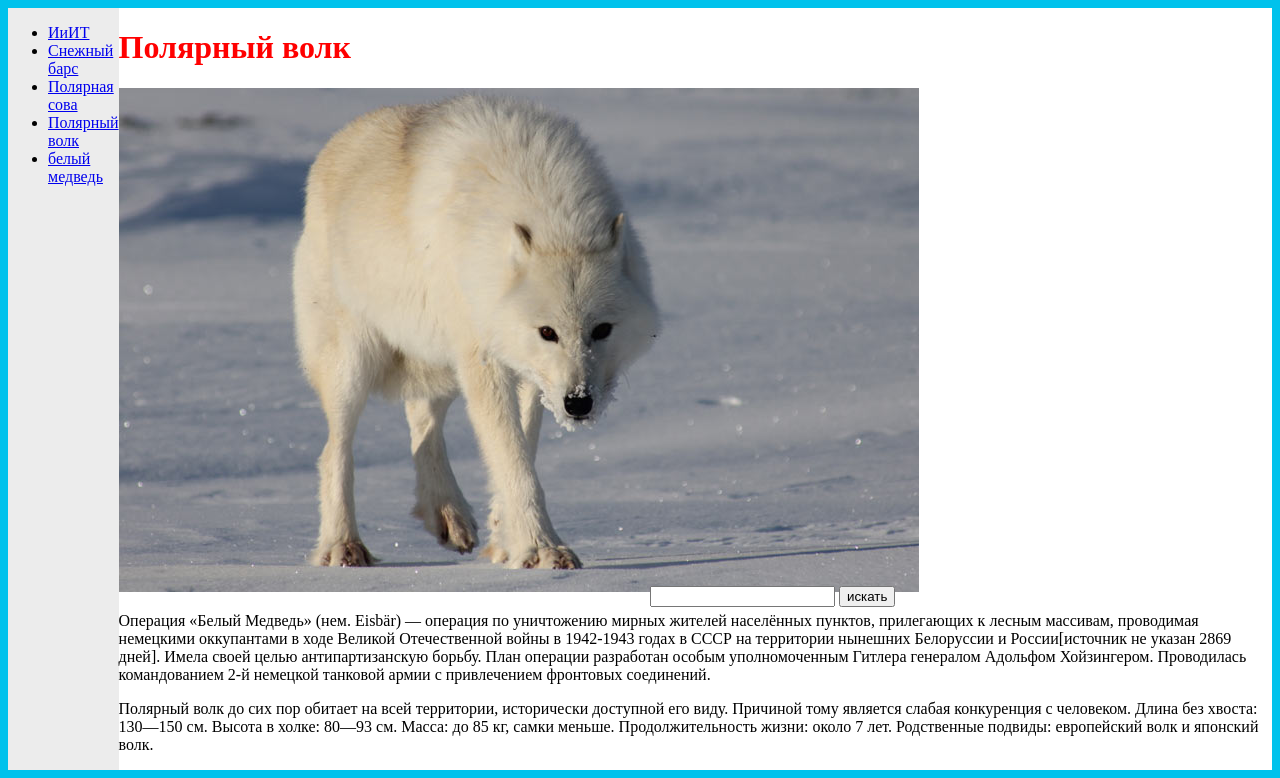
Repository: polinamalysheva/polina.github.io
Page: week11/5.html
The author's editor kept a record of every edit. The page is drawn from the files as they stood at one moment, then again after the next edit.
The browser window is 1280 px wide. The pictures show the whole page.

Above is the page before.

### week11/5.html
<!DOCTYPE html>
<html>
 <head>
   <meta charset="utf-8">
        <title>ИиИТ</title>
        <link href="style.css" rel="stylesheet">
 </head>
 <body>
     <div id="flex">
         <nav>
                <ul>
                    <li><a href="index.html">ИиИТ</a></li>
                    <li><a href="2.html">Снежный барс </a></li>
                    <li><a href="3.html">Полярная сова </a></li>
                    <li><a href="4.html">Полярный волк </a></li>
                    <li><a href="5.html">белый медведь </a></li>
                </ul>
            </nav>
     <main>
  <h1>Полярный волк</h1>
  <img src="polyarnyj-volk-1.jpg">
  <p>
   Операция «Белый Медведь» (нем. Eisbär) — операция по уничтожению мирных жителей населённых пунктов, прилегающих к лесным массивам,
   проводимая немецкими оккупантами в ходе Великой Отечественной войны в 1942-1943 годах в СССР на территории нынешних Белоруссии и России[источник не указан 2869 дней].
   Имела своей целью антипартизанскую борьбу. План операции разработан особым уполномоченным Гитлера генералом Адольфом Хойзингером. Проводилась командованием 2-й немецкой
   танковой армии с привлечением фронтовых соединений.</p>
  <p>
   Полярный волк до сих пор обитает на всей территории, исторически доступной его виду. Причиной тому является слабая конкуренция с человеком.
   Длина без хвоста: 130—150 см. Высота в холке: 80—93 см. Масса: до 85 кг, самки меньше. Продолжительность жизни: около 7 лет. Родственные подвиды: европейский волк и японский волк.</p>
     </main>
    </div>
    <div id="google2">
                <form action="https://www.google.com/search" method="get">
                <input type="text" name="q">
                <input type="submit" value="искать">
                </form>
    </div>
 </body>
</html>

### week11/style.css
body {
    background-color: #00c2ec;
}
#flex {
    display: flex;
    flex-direction: row;
}
#google {
    display: flex;
    flex-direction: row;
    padding: 10px;
    position: absolute;
    top: 50%;
    left: 50%;
    margin-right: -50%;
}
#google2 {
    display: flex;
    flex-direction: row;
    padding: 10px;
    position: absolute;
    top: 80%;
    left: 50%;
    margin-right: -50%;
}
nav {
    background-color: #ececec;
}
main {
    background-color: #ffffff;
}
h1 {
    color: red;
}

After the next edit:
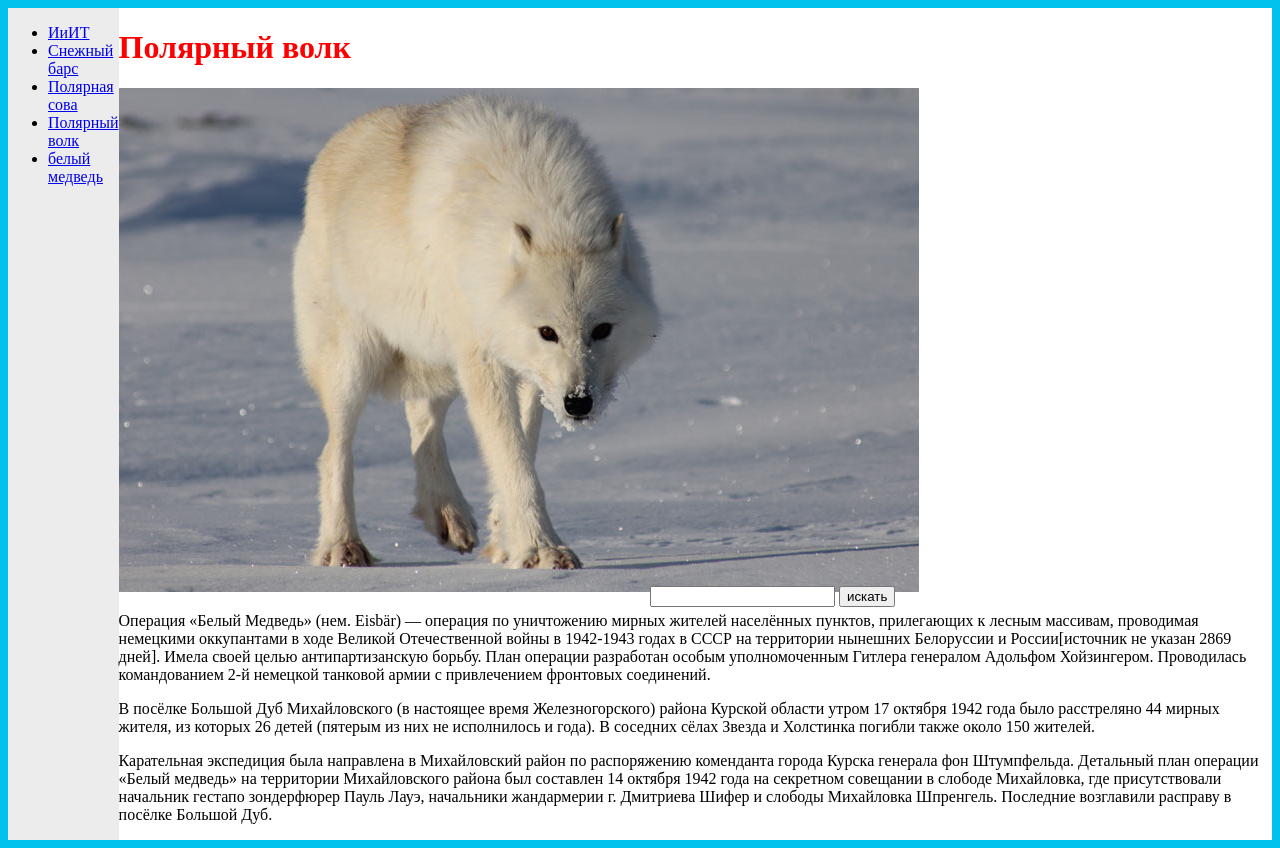
The edit:
--- a/week11/5.html
+++ b/week11/5.html
@@ -25,8 +25,11 @@
    Имела своей целью антипартизанскую борьбу. План операции разработан особым уполномоченным Гитлера генералом Адольфом Хойзингером. Проводилась командованием 2-й немецкой
    танковой армии с привлечением фронтовых соединений.</p>
   <p>
-   Полярный волк до сих пор обитает на всей территории, исторически доступной его виду. Причиной тому является слабая конкуренция с человеком.
-   Длина без хвоста: 130—150 см. Высота в холке: 80—93 см. Масса: до 85 кг, самки меньше. Продолжительность жизни: около 7 лет. Родственные подвиды: европейский волк и японский волк.</p>
+   В посёлке Большой Дуб Михайловского (в настоящее время Железногорского) района Курской области утром 17 октября 1942 года было расстреляно 44 мирных жителя,
+   из которых 26 детей (пятерым из них не исполнилось и года). В соседних сёлах Звезда и Холстинка погибли также около 150 жителей.</p>
+   <p>Карательная экспедиция была направлена в Михайловский район по распоряжению коменданта города Курска генерала фон Штумпфельда. Детальный план операции «Белый медведь»
+   на территории Михайловского района был составлен 14 октября 1942 года на секретном совещании в слободе Михайловка, где присутствовали начальник гестапо зондерфюрер Пауль Лауэ,
+   начальники жандармерии г. Дмитриева Шифер и слободы Михайловка Шпренгель. Последние возглавили расправу в посёлке Большой Дуб.</p>
      </main>
     </div>
     <div id="google2">
